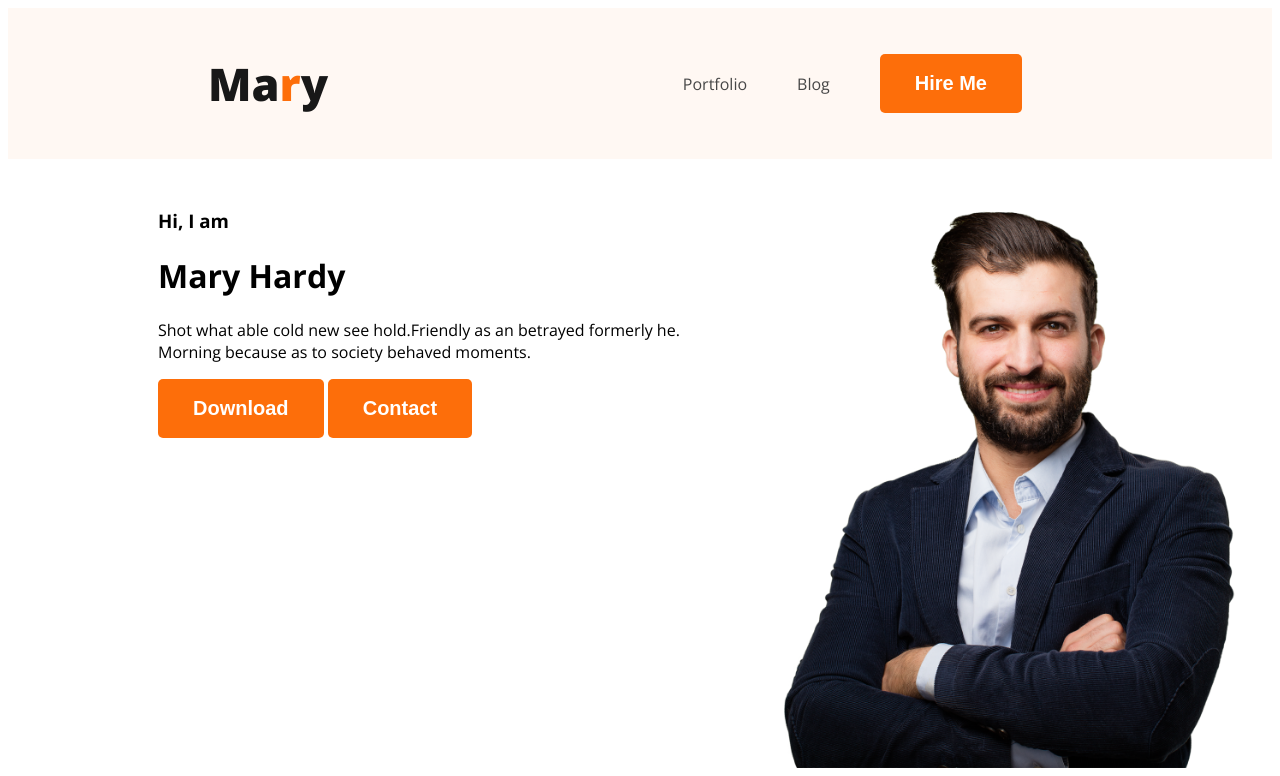
Repository: ShouravAhammed/Simple-Portfolio-Webpage
Page: index.html
These files come from the project's save history. The page is drawn as it stood at one moment and after the next save; the edit follows.
The browser window is 1280 px wide. The pictures show the whole page.

Above is the page before, as saved 2024-01-06 00:37:56.

After the next save:
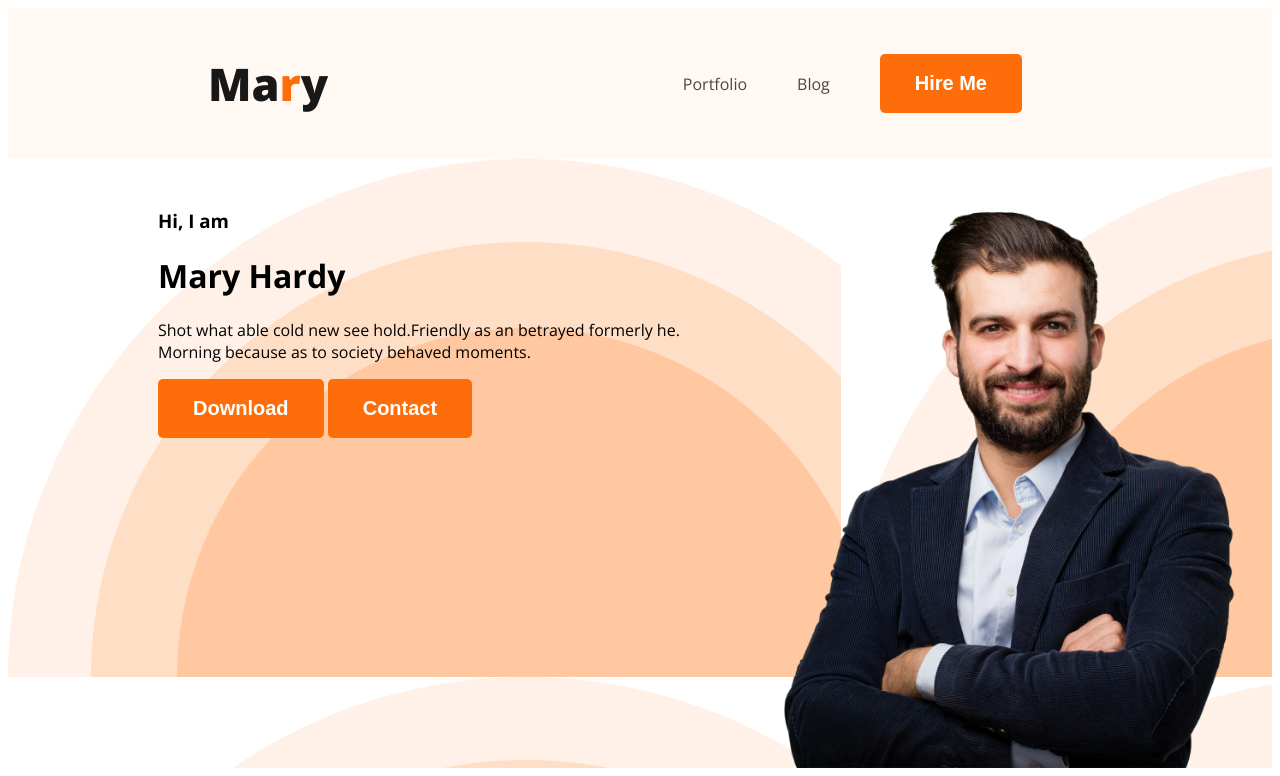
Saved 70 s later.
--- a/index.css
+++ b/index.css
@@ -47,6 +47,7 @@ nav a{
     color: #474747;
 }
 .banner{
+    background-image: url(images/header_bg.png);
     display: flex;
     padding: 30px 30px 0px 150px;
 }
